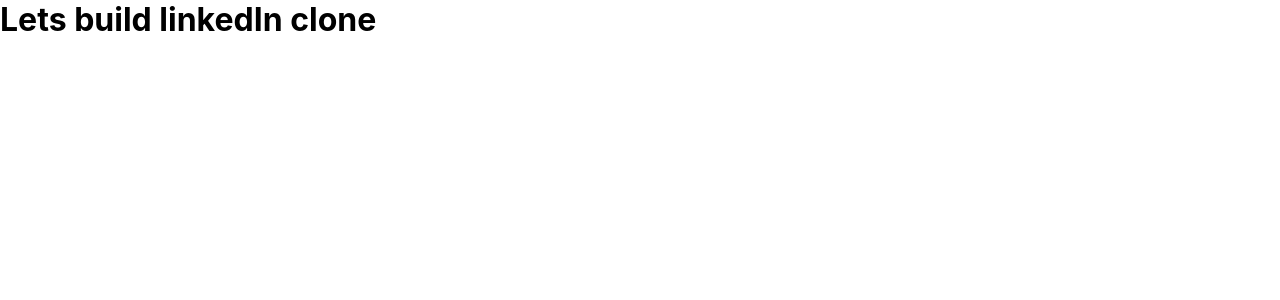
Repository: MEROO1010/linkedIn-clone-
Page: /
These files come from the project's save history. The page is drawn as it stood at one moment and after the next save; the edit follows.
The browser window is 1280 px wide. The pictures show the whole page.
The project was rebuilt for these pictures with package versions that can differ from the ones it lists, and the page was loaded fresh each time. Also part of the build but not shown: src/App.css, src/Header.css.

Above is the page before, as saved 2023-11-29 12:37:52.

After the next save:
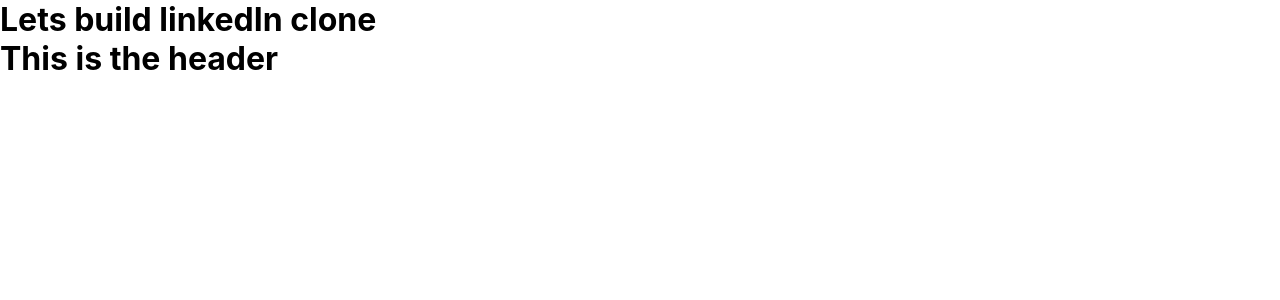
Saved 28 s later.
--- a/src/App.js
+++ b/src/App.js
@@ -1,5 +1,6 @@
 import React from 'react';
 import './App.css';
+import Header from './Header';
 
 function App() {
   return (
@@ -7,7 +8,7 @@
       <h1>Lets build linkedIn clone</h1>
 
       {/* Header*/}
-
+        <Header/>
       {/* App Body*/}
       {/* Sidebar*/}
       {/* Feed*/}
